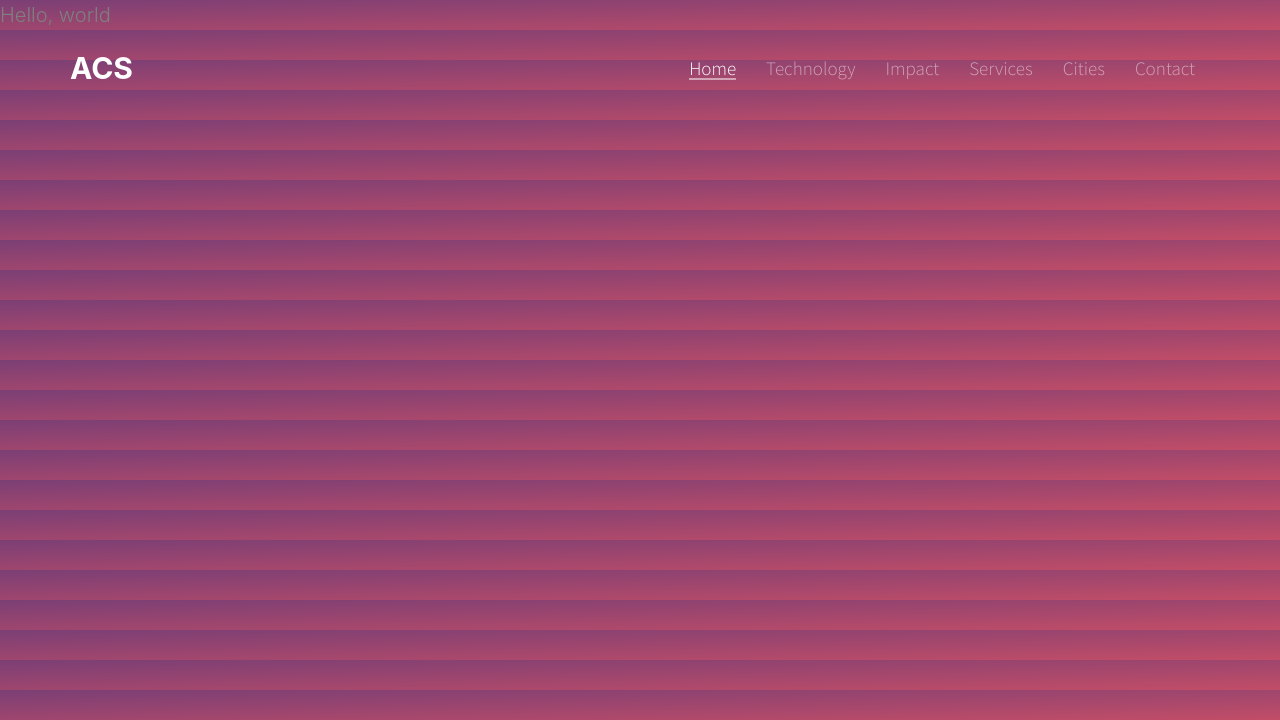
Repository: agarwalrahul-22/acs
Page: /blog
The author's editor kept a copy of each file at every save. The page is drawn from the files as they stood at one save, then again after the next save.
The browser window is 1280 px wide. The pictures show the whole page.
The project was rebuilt for these pictures with package versions that can differ from the ones it lists, and the page was loaded fresh each time.

Above is the page before, as saved 2022-10-09 15:36:56.

### public/index.html
<!DOCTYPE html>
<html lang="en">
  <head>
    <meta charset="utf-8" />
    <link rel="icon" href="%PUBLIC_URL%/favicon.ico" />
    <meta name="viewport" content="width=device-width, initial-scale=1" />
    <meta name="theme-color" content="#000000" />
    <meta name="description" content="Blockchain based Atithi Compliance System" />
    <link rel="apple-touch-icon" href="%PUBLIC_URL%/logo192.png" />
    <link href='https://fonts.googleapis.com/css?family=Source+Sans+Pro:400,300,600,400italic,700' rel='stylesheet'
      type='text/css'>
    <link rel="stylesheet" href="css/animate.css">
    <link rel="stylesheet" href="css/icomoon.css">
    <link rel="stylesheet" href="css/simple-line-icons.css">
    <link rel="stylesheet" href="css/magnific-popup.css">
    <link rel="stylesheet" href="css/bootstrap.css">
    <link rel="stylesheet" href="css/style3.css">
    <!--
      manifest.json provides metadata used when your web app is installed on a
      user's mobile device or desktop. See https://developers.google.com/web/fundamentals/web-app-manifest/
    -->
    <link rel="manifest" href="%PUBLIC_URL%/manifest.json" />
    <!--
      Notice the use of %PUBLIC_URL% in the tags above.
      It will be replaced with the URL of the `public` folder during the build.
      Only files inside the `public` folder can be referenced from the HTML.

      Unlike "/favicon.ico" or "favicon.ico", "%PUBLIC_URL%/favicon.ico" will
      work correctly both with client-side routing and a non-root public URL.
      Learn how to configure a non-root public URL by running `npm run build`.
    -->
    <title>Atithi Compliance System</title>
  </head>
  <body>
    <noscript>You need to enable JavaScript to run this app.</noscript>
    <div id="root"></div>
    <!--
      This HTML file is a template.
      If you open it directly in the browser, you will see an empty page.

      You can add webfonts, meta tags, or analytics to this file.
      The build step will place the bundled scripts into the <body> tag.

      To begin the development, run `npm start` or `yarn start`.
      To create a production bundle, use `npm run build` or `yarn build`.
    -->
  </body>
</html>

### src/index.css
body {
  margin: 0;
  font-family: -apple-system, BlinkMacSystemFont, 'Segoe UI', 'Roboto', 'Oxygen',
    'Ubuntu', 'Cantarell', 'Fira Sans', 'Droid Sans', 'Helvetica Neue',
    sans-serif;
  /* background-color: #c24d67; */
  background-image: -webkit-gradient(linear, 0% 0%, 100% 100%, color-stop(0, #7b3f75), color-stop(1, #c24d67));
  /* Android 2.3 */
  /* background-image: -webkit-repeating-linear-gradient(top left, #7b3f75 0%, #c24d67 100%); */
  /* IE10+ */
  background-image: repeating-linear-gradient(to bottom right, #7b3f75 0%, #c24d67 100%);
  background-image: -ms-repeating-linear-gradient(top left, #7b3f75 0%, #c24d67 100%);
  -webkit-font-smoothing: antialiased;
  -moz-osx-font-smoothing: grayscale;
}

code {
  font-family: source-code-pro, Menlo, Monaco, Consolas, 'Courier New',
    monospace;
}

### public/css/simple-line-icons.css
@font-face {
  font-family: 'simple-line-icons';
  src:  url('../fonts/simple-line-icons/Simple-Line-Icons.eot?v=2.2.2');
  src:  url('../fonts/simple-line-icons/Simple-Line-Icons.eot?#iefix&v=2.2.2') format('embedded-opentype'),
        url('../fonts/simple-line-icons/Simple-Line-Icons.ttf?v=2.2.2') format('truetype'),
        url('../fonts/simple-line-icons/Simple-Line-Icons.woff2?v=2.2.2') format('woff2'),
        url('../fonts/simple-line-icons/Simple-Line-Icons.woff?v=2.2.2') format('woff'),
        url('../fonts/simple-line-icons/Simple-Line-Icons.svg?v=2.2.2#simple-line-icons') format('svg');
  font-weight: normal;
  font-style: normal;
}
/*
 Use the following CSS code if you want to have a class per icon.
 Instead of a list of all class selectors, you can use the generic [class*="icon-"] selector, but it's slower:
*/
.icon-user,
.icon-people,
.icon-user-female,
.icon-user-follow,
.icon-user-following,
.icon-user-unfollow,
.icon-login,
.icon-logout,
.icon-emotsmile,
.icon-phone,
.icon-call-end,
.icon-call-in,
.icon-call-out,
.icon-map,
.icon-location-pin,
.icon-direction,
.icon-directions,
.icon-compass,
.icon-layers,
.icon-menu,
.icon-list,
.icon-options-vertical,
.icon-options,
.icon-arrow-down,
.icon-arrow-left,
.icon-arrow-right,
.icon-arrow-up,
.icon-arrow-up-circle,
.icon-arrow-left-circle,
.icon-arrow-right-circle,
.icon-arrow-down-circle,
.icon-check,
.icon-clock,
.icon-plus,
.icon-close,
.icon-trophy,
.icon-screen-smartphone,
.icon-screen-desktop,
.icon-plane,
.icon-notebook,
.icon-mustache,
.icon-mouse,
.icon-magnet,
.icon-energy,
.icon-disc,
.icon-cursor,
.icon-cursor-move,
.icon-crop,
.icon-chemistry,
.icon-speedometer,
.icon-shield,
.icon-screen-tablet,
.icon-magic-wand,
.icon-hourglass,
.icon-graduation,
.icon-ghost,
.icon-game-controller,
.icon-fire,
.icon-eyeglass,
.icon-envelope-open,
.icon-envelope-letter,
.icon-bell,
.icon-badge,
.icon-anchor,
.icon-wallet,
.icon-vector,
.icon-speech,
.icon-puzzle,
.icon-printer,
.icon-present,
.icon-playlist,
.icon-pin,
.icon-picture,
.icon-handbag,
.icon-globe-alt,
.icon-globe,
.icon-folder-alt,
.icon-folder,
.icon-film,
.icon-feed,
.icon-drop,
.icon-drawar,
.icon-docs,
.icon-doc,
.icon-diamond,
.icon-cup,
.icon-calculator,
.icon-bubbles,
.icon-briefcase,
.icon-book-open,
.icon-basket-loaded,
.icon-basket,
.icon-bag,
.icon-action-undo,
.icon-action-redo,
.icon-wrench,
.icon-umbrella,
.icon-trash,
.icon-tag,
.icon-support,
.icon-frame,
.icon-size-fullscreen,
.icon-size-actual,
.icon-shuffle,
.icon-share-alt,
.icon-share,
.icon-rocket,
.icon-question,
.icon-pie-chart,
.icon-pencil,
.icon-note,
.icon-loop,
.icon-home,
.icon-grid,
.icon-graph,
.icon-microphone,
.icon-music-tone-alt,
.icon-music-tone,
.icon-earphones-alt,
.icon-earphones,
.icon-equalizer,
.icon-like,
.icon-dislike,
.icon-control-start,
.icon-control-rewind,
.icon-control-play,
.icon-control-pause,
.icon-control-forward,
.icon-control-end,
.icon-volume-1,
.icon-volume-2,
.icon-volume-off,
.icon-calendar,
.icon-bulb,
.icon-chart,
.icon-ban,
.icon-bubble,
.icon-camrecorder,
.icon-camera,
.icon-cloud-download,
.icon-cloud-upload,
.icon-envelope,
.icon-eye,
.icon-flag,
.icon-heart,
.icon-info,
.icon-key,
.icon-link,
.icon-lock,
.icon-lock-open,
.icon-magnifier,
.icon-magnifier-add,
.icon-magnifier-remove,
.icon-paper-clip,
.icon-paper-plane,
.icon-power,
.icon-refresh,
.icon-reload,
.icon-settings,
.icon-star,
.icon-symble-female,
.icon-symbol-male,
.icon-target,
.icon-credit-card,
.icon-paypal,
.icon-social-tumblr,
.icon-social-twitter,
.icon-social-facebook,
.icon-social-instagram,
.icon-social-linkedin,
.icon-social-pinterest,
.icon-social-github,
.icon-social-gplus,
.icon-social-reddit,
.icon-social-skype,
.icon-social-dribbble,
.icon-social-behance,
.icon-social-foursqare,
.icon-social-soundcloud,
.icon-social-spotify,
.icon-social-stumbleupon,
.icon-social-youtube,
.icon-social-dropbox {
  font-family: 'simple-line-icons';
  speak: none;
  font-style: normal;
  font-weight: normal;
  font-variant: normal;
  text-transform: none;
  line-height: 1;
  /* Better Font Rendering =========== */
  -webkit-font-smoothing: antialiased;
  -moz-osx-font-smoothing: grayscale;
}
.icon-user:before {
  content: "\e005";
}
.icon-people:before {
  content: "\e001";
}
.icon-user-female:before {
  content: "\e000";
}
.icon-user-follow:before {
  content: "\e002";
}
.icon-user-following:before {
  content: "\e003";
}
.icon-user-unfollow:before {
  content: "\e004";
}
.icon-login:before {
  content: "\e066";
}
.icon-logout:before {
  content: "\e065";
}
.icon-emotsmile:before {
  content: "\e021";
}
.icon-phone:before {
  content: "\e600";
}
.icon-call-end:before {
  content: "\e048";
}
.icon-call-in:before {
  content: "\e047";
}
.icon-call-out:before {
  content: "\e046";
}
.icon-map:before {
  content: "\e033";
}
.icon-location-pin:before {
  content: "\e096";
}
.icon-direction:before {
  content: "\e042";
}
.icon-directions:before {
  content: "\e041";
}
.icon-compass:before {
  content: "\e045";
}
.icon-layers:before {
  content: "\e034";
}
.icon-menu:before {
  content: "\e601";
}
.icon-list:before {
  content: "\e067";
}
.icon-options-vertical:before {
  content: "\e602";
}
.icon-options:before {
  content: "\e603";
}
.icon-arrow-down:before {
  content: "\e604";
}
.icon-arrow-left:before {
  content: "\e605";
}
.icon-arrow-right:before {
  content: "\e606";
}
.icon-arrow-up:before {
  content: "\e607";
}
.icon-arrow-up-circle:before {
  content: "\e078";
}
.icon-arrow-left-circle:before {
  content: "\e07a";
}
.icon-arrow-right-circle:before {
  content: "\e079";
}
.icon-arrow-down-circle:before {
  content: "\e07b";
}
.icon-check:before {
  content: "\e080";
}
.icon-clock:before {
  content: "\e081";
}
.icon-plus:before {
  content: "\e095";
}
.icon-close:before {
  content: "\e082";
}
.icon-trophy:before {
  content: "\e006";
}
.icon-screen-smartphone:before {
  content: "\e010";
}
.icon-screen-desktop:before {
  content: "\e011";
}
.icon-plane:before {
  content: "\e012";
}
.icon-notebook:before {
  content: "\e013";
}
.icon-mustache:before {
  content: "\e014";
}
.icon-mouse:before {
  content: "\e015";
}
.icon-magnet:before {
  content: "\e016";
}
.icon-energy:before {
  content: "\e020";
}
.icon-disc:before {
  content: "\e022";
}
.icon-cursor:before {
  content: "\e06e";
}
.icon-cursor-move:before {
  content: "\e023";
}
.icon-crop:before {
  content: "\e024";
}
.icon-chemistry:before {
  content: "\e026";
}
.icon-speedometer:before {
  content: "\e007";
}
.icon-shield:before {
  content: "\e00e";
}
.icon-screen-tablet:before {
  content: "\e00f";
}
.icon-magic-wand:before {
  content: "\e017";
}
.icon-hourglass:before {
  content: "\e018";
}
.icon-graduation:before {
  content: "\e019";
}
.icon-ghost:before {
  content: "\e01a";
}
.icon-game-controller:before {
  content: "\e01b";
}
.icon-fire:before {
  content: "\e01c";
}
.icon-eyeglass:before {
  content: "\e01d";
}
.icon-envelope-open:before {
  content: "\e01e";
}
.icon-envelope-letter:before {
  content: "\e01f";
}
.icon-bell:before {
  content: "\e027";
}
.icon-badge:before {
  content: "\e028";
}
.icon-anchor:before {
  content: "\e029";
}
.icon-wallet:before {
  content: "\e02a";
}
.icon-vector:before {
  content: "\e02b";
}
.icon-speech:before {
  content: "\e02c";
}
.icon-puzzle:before {
  content: "\e02d";
}
.icon-printer:before {
  content: "\e02e";
}
.icon-present:before {
  content: "\e02f";
}
.icon-playlist:before {
  content: "\e030";
}
.icon-pin:before {
  content: "\e031";
}
.icon-picture:before {
  content: "\e032";
}
.icon-handbag:before {
  content: "\e035";
}
.icon-globe-alt:before {
  content: "\e036";
}
.icon-globe:before {
  content: "\e037";
}
.icon-folder-alt:before {
  content: "\e039";
}
.icon-folder:before {
  content: "\e089";
}
.icon-film:before {
  content: "\e03a";
}
.icon-feed:before {
  content: "\e03b";
}
.icon-drop:before {
  content: "\e03e";
}
.icon-drawar:before {
  content: "\e03f";
}
.icon-docs:before {
  content: "\e040";
}
.icon-doc:before {
  content: "\e085";
}
.icon-diamond:before {
  content: "\e043";
}
.icon-cup:before {
  content: "\e044";
}
.icon-calculator:before {
  content: "\e049";
}
.icon-bubbles:before {
  content: "\e04a";
}
.icon-briefcase:before {
  content: "\e04b";
}
.icon-book-open:before {
  content: "\e04c";
}
.icon-basket-loaded:before {
  content: "\e04d";
}
.icon-basket:before {
  content: "\e04e";
}
.icon-bag:before {
  content: "\e04f";
}
.icon-action-undo:before {
  content: "\e050";
}
.icon-action-redo:before {
  content: "\e051";
}
.icon-wrench:before {
  content: "\e052";
}
.icon-umbrella:before {
  content: "\e053";
}
.icon-trash:before {
  content: "\e054";
}
.icon-tag:before {
  content: "\e055";
}
.icon-support:before {
  content: "\e056";
}
.icon-frame:before {
  content: "\e038";
}
.icon-size-fullscreen:before {
  content: "\e057";
}
.icon-size-actual:before {
  content: "\e058";
}
.icon-shuffle:before {
  content: "\e059";
}
.icon-share-alt:before {
  content: "\e05a";
}
.icon-share:before {
  content: "\e05b";
}
.icon-rocket:before {
  content: "\e05c";
}
.icon-question:before {
  content: "\e05d";
}
.icon-pie-chart:before {
  content: "\e05e";
}
.icon-pencil:before {
  content: "\e05f";
}
.icon-note:before {
  content: "\e060";
}
.icon-loop:before {
  content: "\e064";
}
.icon-home:before {
  content: "\e069";
}
.icon-grid:before {
  content: "\e06a";
}
.icon-graph:before {
  content: "\e06b";
}
.icon-microphone:before {
  content: "\e063";
}
.icon-music-tone-alt:before {
  content: "\e061";
}
.icon-music-tone:before {
  content: "\e062";
}
.icon-earphones-alt:before {
  content: "\e03c";
}
.icon-earphones:before {
  content: "\e03d";
}
.icon-equalizer:before {
  content: "\e06c";
}
.icon-like:before {
  content: "\e068";
}
.icon-dislike:before {
  content: "\e06d";
}
.icon-control-start:before {
  content: "\e06f";
}
.icon-control-rewind:before {
  content: "\e070";
}
.icon-control-play:before {
  content: "\e071";
}
.icon-control-pause:before {
  content: "\e072";
}
.icon-control-forward:before {
  content: "\e073";
}
.icon-control-end:before {
  content: "\e074";
}
.icon-volume-1:before {
  content: "\e09f";
}
.icon-volume-2:before {
  content: "\e0a0";
}
.icon-volume-off:before {
  content: "\e0a1";
}
.icon-calendar:before {
  content: "\e075";
}
.icon-bulb:before {
  content: "\e076";
}
.icon-chart:before {
  content: "\e077";
}
.icon-ban:before {
  content: "\e07c";
}
.icon-bubble:before {
  content: "\e07d";
}
.icon-camrecorder:before {
  content: "\e07e";
}
.icon-camera:before {
  content: "\e07f";
}
.icon-cloud-download:before {
  content: "\e083";
}
.icon-cloud-upload:before {
  content: "\e084";
}
.icon-envelope:before {
  content: "\e086";
}
.icon-eye:before {
  content: "\e087";
}
.icon-flag:before {
  content: "\e088";
}
.icon-heart:before {
  content: "\e08a";
}
.icon-info:before {
  content: "\e08b";
}
.icon-key:before {
  content: "\e08c";
}
.icon-link:before {
  content: "\e08d";
}
.icon-lock:before {
  content: "\e08e";
}
.icon-lock-open:before {
  content: "\e08f";
}
.icon-magnifier:before {
  content: "\e090";
}
.icon-magnifier-add:before {
  content: "\e091";
}
.icon-magnifier-remove:before {
  content: "\e092";
}
.icon-paper-clip:before {
  content: "\e093";
}
.icon-paper-plane:before {
  content: "\e094";
}
.icon-power:before {
  content: "\e097";
}
.icon-refresh:before {
  content: "\e098";
}
.icon-reload:before {
  content: "\e099";
}
.icon-settings:before {
  content: "\e09a";
}
.icon-star:before {
  content: "\e09b";
}
.icon-symble-female:before {
  content: "\e09c";
}
.icon-symbol-male:before {
  content: "\e09d";
}
.icon-target:before {
  content: "\e09e";
}
.icon-credit-card:before {
  content: "\e025";
}
.icon-paypal:before {
  content: "\e608";
}
.icon-social-tumblr:before {
  content: "\e00a";
}
.icon-social-twitter:before {
  content: "\e009";
}
.icon-social-facebook:before {
  content: "\e00b";
}
.icon-social-instagram:before {
  content: "\e609";
}
.icon-social-linkedin:before {
  content: "\e60a";
}
.icon-social-pinterest:before {
  content: "\e60b";
}
.icon-social-github:before {
  content: "\e60c";
}
.icon-social-gplus:before {
  content: "\e60d";
}
.icon-social-reddit:before {
  content: "\e60e";
}
.icon-social-skype:before {
  content: "\e60f";
}
.icon-social-dribbble:before {
  content: "\e00d";
}
.icon-social-behance:before {
  content: "\e610";
}
.icon-social-foursqare:before {
  content: "\e611";
}
.icon-social-soundcloud:before {
  content: "\e612";
}
.icon-social-spotify:before {
  content: "\e613";
}
.icon-social-stumbleupon:before {
  content: "\e614";
}
.icon-social-youtube:before {
  content: "\e008";
}
.icon-social-dropbox:before {
  content: "\e00c";
}

Loaded but not shown: src/index.js (common file); src/reportWebVitals.js (common file); public/css/animate.css (library); public/css/icomoon.css (common file); public/css/magnific-popup.css (library); public/css/bootstrap.css (library); src/components/HeaderComponent.js (31 lines, source omitted); src/App.js (13 lines, source omitted); src/components/LandingComponent.js (9 lines, source omitted); public/css/style3.css (1411 lines, source omitted)

After the next save:
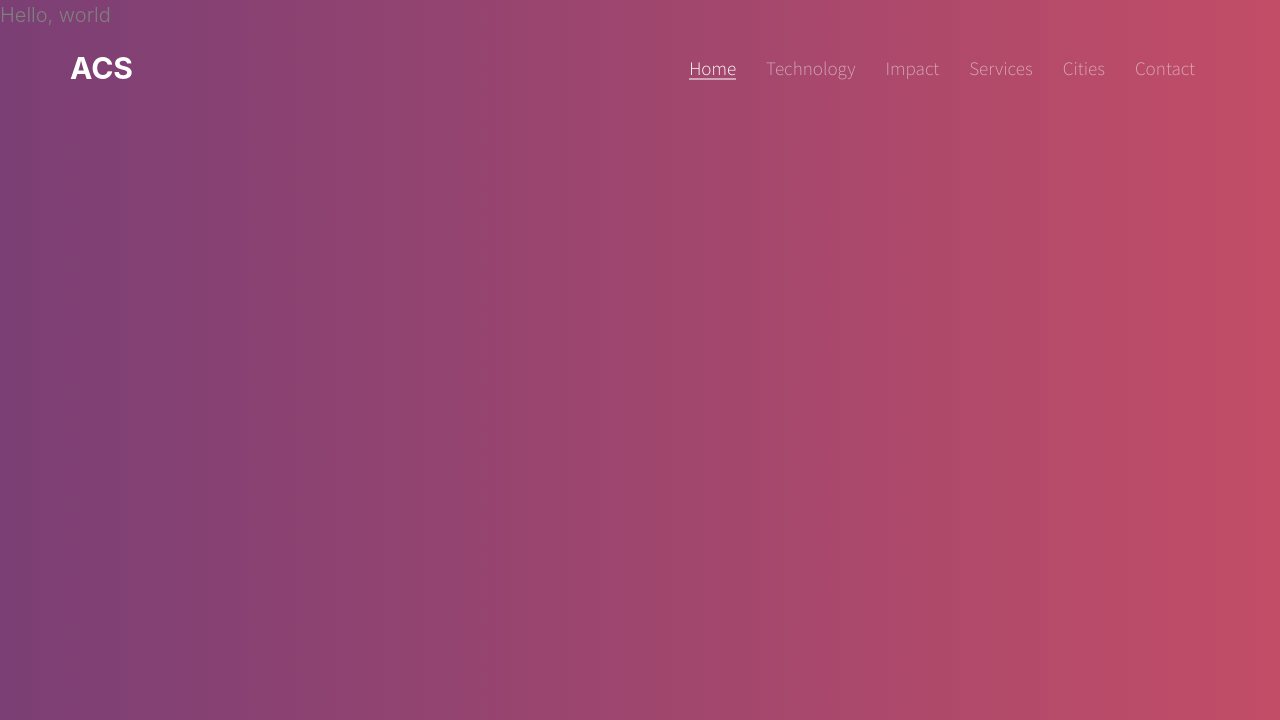
Saved 10 s later.
--- a/src/index.css
+++ b/src/index.css
@@ -8,7 +8,7 @@
   /* Android 2.3 */
   /* background-image: -webkit-repeating-linear-gradient(top left, #7b3f75 0%, #c24d67 100%); */
   /* IE10+ */
-  background-image: repeating-linear-gradient(to bottom right, #7b3f75 0%, #c24d67 100%);
+  /* background-image: repeating-linear-gradient(to bottom right, #7b3f75 0%, #c24d67 100%); */
   background-image: -ms-repeating-linear-gradient(top left, #7b3f75 0%, #c24d67 100%);
   -webkit-font-smoothing: antialiased;
   -moz-osx-font-smoothing: grayscale;

After the save that followed:
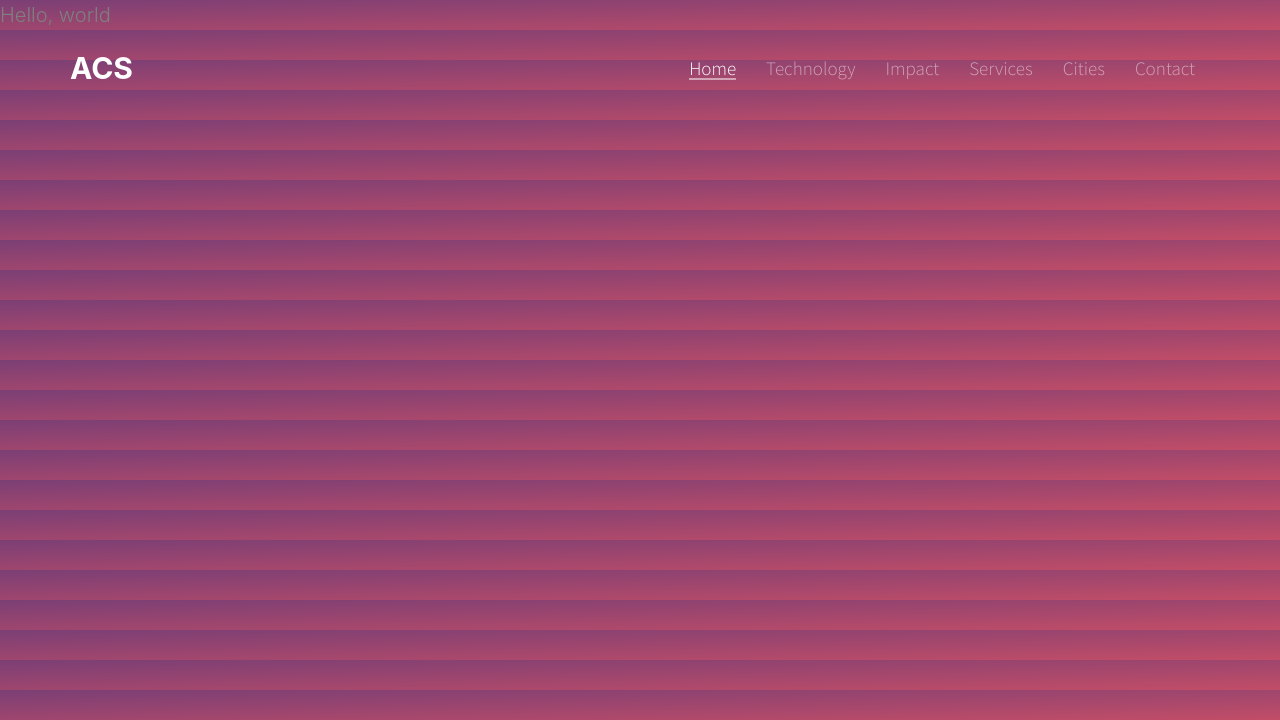
Saved 12 s later.
--- a/src/index.css
+++ b/src/index.css
@@ -8,8 +8,8 @@
   /* Android 2.3 */
   /* background-image: -webkit-repeating-linear-gradient(top left, #7b3f75 0%, #c24d67 100%); */
   /* IE10+ */
-  /* background-image: repeating-linear-gradient(to bottom right, #7b3f75 0%, #c24d67 100%); */
-  background-image: -ms-repeating-linear-gradient(top left, #7b3f75 0%, #c24d67 100%);
+  background-image: repeating-linear-gradient(to bottom right, #7b3f75 0%, #c24d67 100%);
+  /* background-image: -ms-repeating-linear-gradient(top left, #7b3f75 0%, #c24d67 100%); */
   -webkit-font-smoothing: antialiased;
   -moz-osx-font-smoothing: grayscale;
 }
